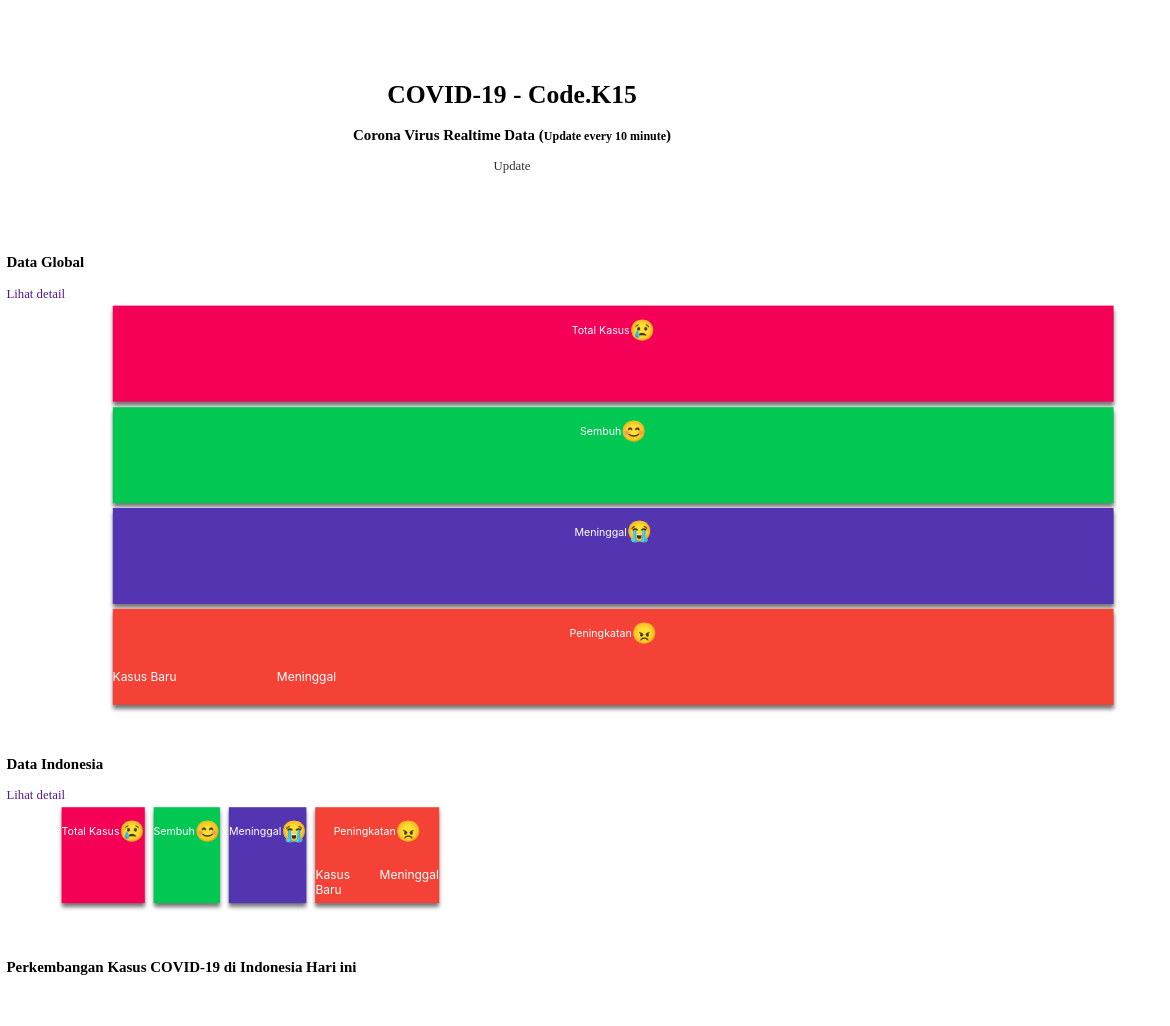
Repository: fathur15/covid19-monitoring
Page: http://localhost/covid19/apps/views/data/main/dashboard.php
The author's editor kept a copy of each file at every save. The page is drawn from the files as they stood at one save, then again after the next save.
The browser window is 1280 px wide. The page is 1398 px wide, then 1462 px, so the pictures cover 1462 px, including what lies to the right of the window. The pictures show the whole page, at 80% of full size.
The page is run by PHP 8.4 with error messages shown; the project is at /var/www/html/.

Above is the page before, as saved 2020-04-14 13:57:10.

### apps/views/data/main/dashboard.php

<style>

    #resumeGlobal p, h5{
        color: white;
        font-weight: 400;
        font-family: -apple-system, BlinkMacSystemFont, 'Segoe UI', Roboto, Oxygen, Ubuntu, Cantarell, 'Open Sans', 'Helvetica Neue', sans-serif
    }
    #resumeIndonesia p, h5{
        color: white;
        font-weight: 400;
        font-family: -apple-system, BlinkMacSystemFont, 'Segoe UI', Roboto, Oxygen, Ubuntu, Cantarell, 'Open Sans', 'Helvetica Neue', sans-serif
    }
    .shadow-box{
        -webkit-box-shadow: 0 15px 10px #777;
        -moz-box-shadow: 0 15px 10px #777;
        box-shadow: 0 5px 5px #777;

    }
    .content-main-wrapper{
        margin: 5% 0;
    }
    /* .shadow-box:after{
        -webkit-transform: rotate(3deg);
        -moz-transform: rotate(3deg);
        -o-transform: rotate(3deg);
        -ms-transform: rotate(3deg);
        transform: rotate(3deg);
        right: 10px;
        left: auto;
    } */

</style>
<div class="content">
    <div class="heading" style="margin: 100px 30%; text-align: center">
        <h1>COVID-19 - Code.K15</h1>
        <h3>Corona Virus Realtime Data (<small style="font-size: 15px">Update every 10 minute</small>)</h3>
        <p id="date-update" style="color: #353030;">Update</p>
    </div>
    <div class="main">
        <div class="container">
            <div class="row content-main-wrapper">
                <div class="head-main-content">
                    <h3>Data Global</h3>
                    <a style="text-decoration: none" href="">Lihat detail  <i class="fas fa-long-arrow-alt-right" aria-hidden="true"></i></a>
                </div>
                <div id="resumeGlobal" class="" style="width: 100%; margin: 0 10%" >
                    <div class="row">
                        <div class="card col-sm-3 shadow-box" style="background: #f50057; margin: 0.5%; align-items: center; height: 120px ">
                            <div class="card-body">
                                <div style="flex-direction: row; display: flex; justify-content: center; align-items: center">
                                    <h5 id="title-kasus-global" class="card-text">Total Kasus</h5>
                                    <span style="color: black; font-size: 25px; text-shadow: 0 0 0 yellow">&#x1F622</span>
                                </div>
                                <p class="card-text" id="kasus-global"></p>
                            </div>
                        </div>
                        <div class="card col-sm-3 shadow-box" style="background: #00c853; margin: 0.5%; align-items: center; height: 120px ">
                            <div class="card-body">
                                <div style="flex-direction: row; display: flex; justify-content: center; align-items: center">
                                    <h5 id="title-kasus-global" class="card-text">Sembuh</h5>
                                    <span style="color: black; font-size: 25px; text-shadow: 0 0 0 yellow">&#x1F60A</span>
                                </div>
                                <p class="card-text" id="sembuh-global"></p>
                                <!-- <p style="">Orang</p> -->
                            </div>
                        </div>
                        <div class="card col-sm-3 shadow-box" style="margin: 0.5%; height: 120px;align-items: center;  background :#5335b1">
                            <div class="card-body">
                                <div style="flex-direction: row; display: flex; justify-content: center; align-items: center;">
                                    <h5 id="title-kasus-global" class="card-text">Meninggal</h5>
                                    <span style="color: black; font-size: 25px; text-shadow: 0 0 0 yellow">&#x1F62D</span>
                                </div>
                                <p class="card-text" id="meninggal-global"></p>
                                <!-- <p style="">Orang</p> -->
                            </div>
                        </div>
                        <div class="card col-sm-3 shadow-box" style="margin: 0.5%; height: 120px; background: #f44336">
                            <div class="card-body">
                                <div style="flex-direction: row; display: flex; justify-content: center; align-items: center;">
                                    <h5 id="title-kasus-global" class="card-text">Peningkatan</h5>
                                    <span style="color: black; font-size: 25px; text-shadow: 0 0 0 yellow">&#x1F620</span>
                                </div>
                                <div style="flex-direction: row; display: flex;">
                                    <p style="font-size: 15px">Kasus Baru</p>
                                    <p style="margin-left: 10%; font-size: 15px">Meninggal </p>
                                </div>
                                <div style="display: flex; margin-top: -9%">
                                    <p style="font-size: 15px" class="card-text" id="kasus-baru-global"></p>
                                    <p style="margin-left: 10%; font-size: 15px" class="card-text" id="meninggal-baru-global"></p>
                                </div>
                            </div>
                        </div>
                    </div>
                </div>
            </div>
            <div class="row content-main-wrapper" >
                <div class="head-main-content">
                    <h3>Data Indonesia</h3>
                    <a style="text-decoration: none" href="">Lihat detail  <i class="fas fa-long-arrow-alt-right" aria-hidden="true"></i></a>
                </div>
                <div  id="resumeIndonesia" class="" style="width: 90%; display: flex; margin: 0 5%;" >
                    <div class="card col-sm-3 shadow-box" style="background: #f50057; margin: 0.5%; align-items: center; height: 120px ">
                        <div class="card-body">
                            <div style="flex-direction: row; display: flex; justify-content: center; align-items: center">
                                <h5 id="title-kasus-indonesia" class="card-text">Total Kasus</h5>
                                <span style="color: black; font-size: 25px; text-shadow: 0 0 0 yellow">&#x1F622</span>
                            </div>
                            <p style="font-size: 14px" class="card-text" id="kasus-indonesia"></p>
                        </div>
                    </div>
                    <div class="card col-sm-3 shadow-box" style="background: #00c853; margin: 0.5%; align-items: center; height: 120px ">
                        <div class="card-body">
                            <div style="flex-direction: row; display: flex; justify-content: center; align-items: center">
                                <h5 id="title-kasus-indonesia" class="card-text">Sembuh</h5>
                                <span style="color: black; font-size: 25px; text-shadow: 0 0 0 yellow">&#x1F60A</span>
                            </div>
                            <p class="card-text" id="sembuh-indonesia"></p>
                        </div>
                    </div>
                    <div class="card col-sm-3 shadow-box" style="margin: 0.5%; height: 120px;align-items: center;  background :#5335b1">
                        <div class="card-body">
                            <div style="flex-direction: row; display: flex; justify-content: center; align-items: center;">
                                <h5 id="title-kasus-indonesia" class="card-text">Meninggal</h5>
                                <span style="color: black; font-size: 25px; text-shadow: 0 0 0 yellow">&#x1F62D</span>
                            </div>
                            <p class="card-text" id="meninggal-indonesia"></p>
                        </div>
                    </div>
                    <div class="card col-sm-3 shadow-box" style="margin: 0.5%; height: 120px; background: #f44336">
                        <div class="card-body">
                            <div style="flex-direction: row; display: flex; justify-content: center; align-items: center;">
                                <h5 id="title-kasus-indonesia" class="card-text">Peningkatan</h5>
                                <span style="color: black; font-size: 25px; text-shadow: 0 0 0 yellow">&#x1F620</span>
                            </div>
                            <div style="flex-direction: row; display: flex;">
                                <p style="font-size: 15px">Kasus Baru</p>
                                <p style="margin-left: 10%; font-size: 15px">Meninggal </p>
                            </div>
                            <div style="display: flex; margin-top: -9%">
                                <p style="font-size: 15px" class="card-text" id="kasus-baru-indonesia"></p>
                                <p style="margin-left: 10%; font-size: 15px" class="card-text" id="meninggal-baru-indonesia"></p>
                            </div>
                        </div>
                    </div>
                </div>
            </div>
            <div class="row content-main-wrapper" >
                 <div class="head-main-content">
                    <h3>Perkembangan Kasus COVID-19 di Indonesia Hari ini</h3>
                </div>
            </div>
        </div>
    </div>
</div>

After the next save:
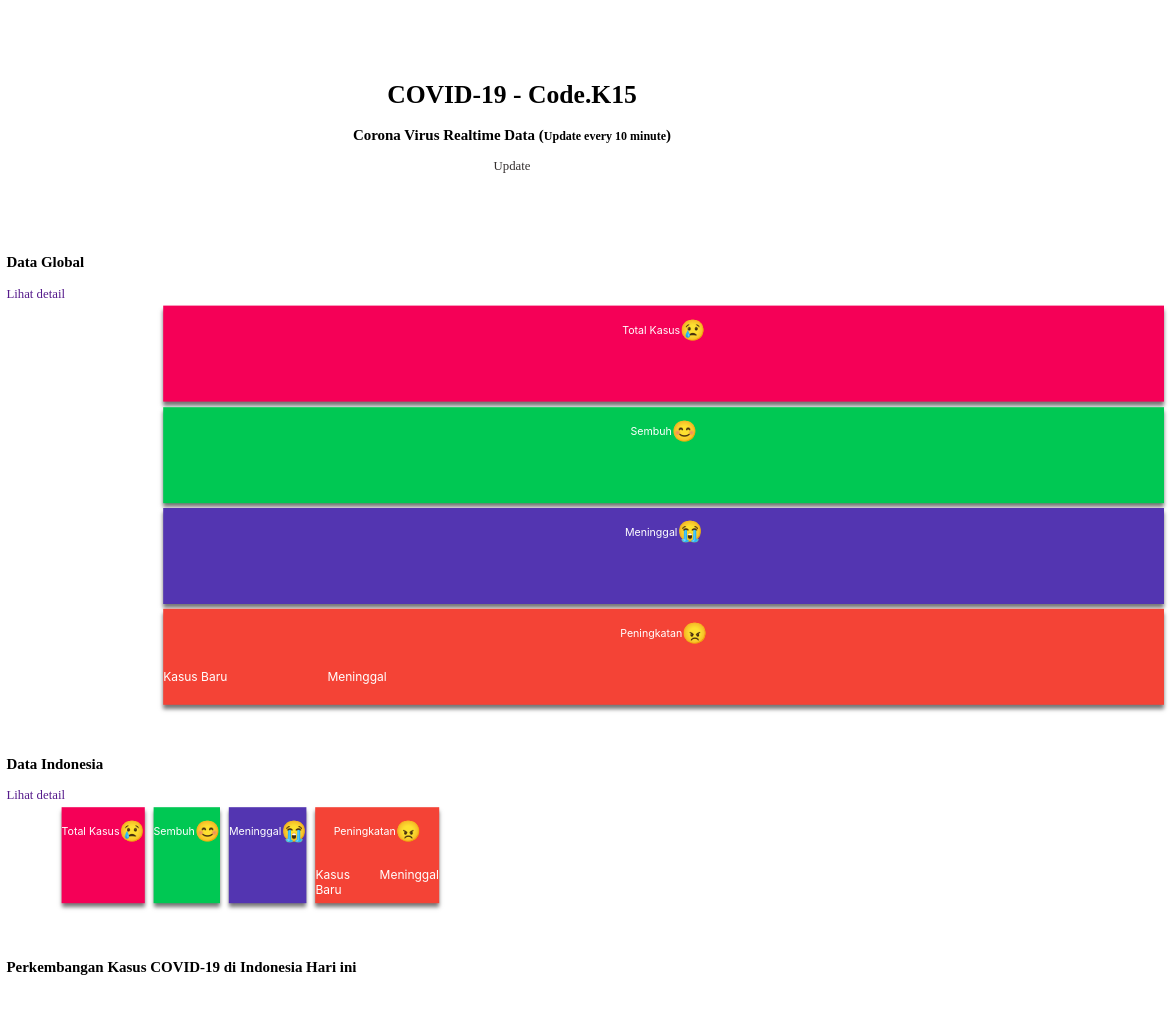
Saved 7 s later.
--- a/apps/views/data/main/dashboard.php
+++ b/apps/views/data/main/dashboard.php
@@ -44,7 +44,7 @@
                     <h3>Data Global</h3>
                     <a style="text-decoration: none" href="">Lihat detail  <i class="fas fa-long-arrow-alt-right" aria-hidden="true"></i></a>
                 </div>
-                <div id="resumeGlobal" class="" style="width: 100%; margin: 0 10%" >
+                <div id="resumeGlobal" class="" style="width: 100%; margin: 0 15%" >
                     <div class="row">
                         <div class="card col-sm-3 shadow-box" style="background: #f50057; margin: 0.5%; align-items: center; height: 120px ">
                             <div class="card-body">
